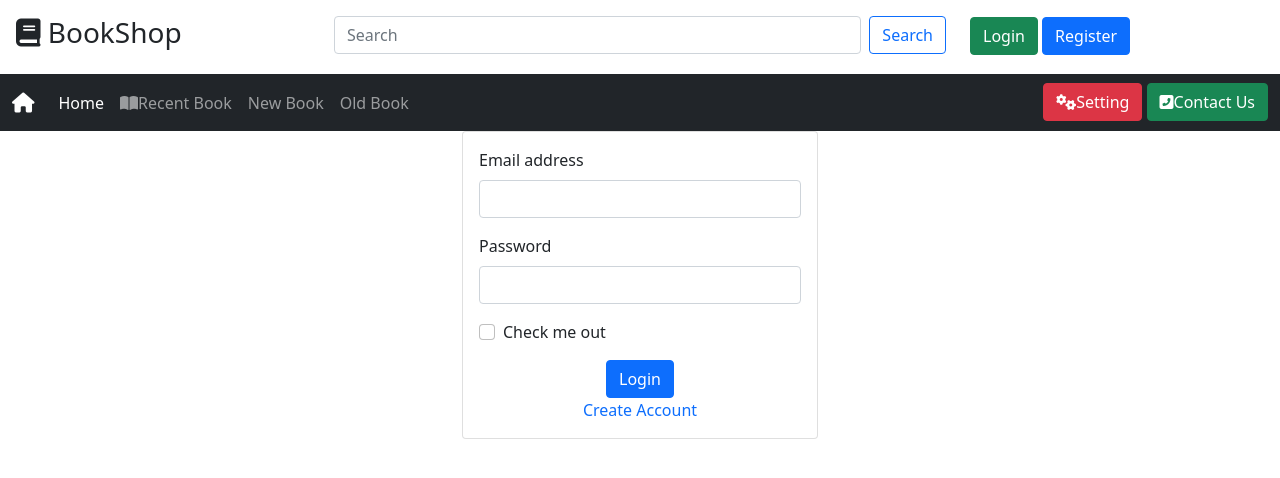
Repository: Abhishekverma23797/BookShopApp
Page: http://localhost/Ebook-App/Login.jsp
These files come from the project's save history. The page is drawn as it stood at one moment and after the next save; the edit follows.
The browser window is 1280 px wide. The pictures show the whole page.
The page is served by Tomcat 9. Other server files are loaded and not shown.

Above is the page before, as saved 2021-12-07 12:23:16.

### Ebook-App/src/main/webapp/Login.jsp
<%@ page language="java" contentType="text/html; charset=ISO-8859-1"
	pageEncoding="ISO-8859-1"%>
<!DOCTYPE html>
<html>
<head>
<meta charset="ISO-8859-1">
<title>BookShop: Login</title>
<style type="text/css">
a:link {
  text-decoration: none;
  margin-top:1px;
}

</style>
<%@include file="All_Component/AllCss.jsp"%>
</head>
<body>
	<%@include file="All_Component/navbar.jsp"%>

	<div class="container">
		<div class="row">
			<div class="col-md-4 offset-md-4">

				<div class="card">

					<div class="card-body">
						<form>
							<div class="mb-3">
								<label for="exampleInputEmail1" class="form-label">Email
									address</label> <input type="email" class="form-control"
									id="exampleInputEmail1" aria-describedby="emailHelp">

							</div>
							<div class="mb-3">
								<label for="exampleInputPassword1" class="form-label">Password</label>
								<input type="password" class="form-control"
									id="exampleInputPassword1">
							</div>
							<div class="mb-3 form-check">
								<input type="checkbox" class="form-check-input"
									id="exampleCheck1"> <label class="form-check-label"
									for="exampleCheck1">Check me out</label>
							</div>
							 <div class="text-center">
							<button type="submit" class="btn btn-primary">Login</button> <br>
							<a href="Register.jsp" text-decoration="none";>Create Account</a>
							</div>
						</form>

					</div>

				</div>
			</div>
		</div>
	</div>
</body>
</html>

### Ebook-App/src/main/webapp/All_Component/AllCss.jsp
<!-- CSS only -->
<link
	href="https://cdn.jsdelivr.net/npm/bootstrap@5.1.3/dist/css/bootstrap.min.css"
	rel="stylesheet"
	integrity="sha384-1BmE4kWBq78iYhFldvKuhfTAU6auU8tT94WrHftjDbrCEXSU1oBoqyl2QvZ6jIW3"
	crossorigin="anonymous">


<!-- JavaScript Bundle with Popper -->
<script
	src="https://cdn.jsdelivr.net/npm/bootstrap@5.1.3/dist/js/bootstrap.bundle.min.js"
	integrity="sha384-ka7Sk0Gln4gmtz2MlQnikT1wXgYsOg+OMhuP+IlRH9sENBO0LRn5q+8nbTov4+1p"
	crossorigin="anonymous"></script>


<link rel="stylesheet"
	href="https://cdnjs.cloudflare.com/ajax/libs/font-awesome/6.0.0-beta3/css/all.min.css"
	integrity="sha512-Fo3rlrZj/k7ujTnHg4CGR2D7kSs0v4LLanw2qksYuRlEzO+tcaEPQogQ0KaoGN26/zrn20ImR1DfuLWnOo7aBA=="
	crossorigin="anonymous" referrerpolicy="no-referrer" />

<link rel="stylesheet" href="All_Component/style.css">

### Ebook-App/src/main/webapp/All_Component/navbar.jsp

<div class="container-fluid p-3">


	<div class="row">

		<div class="col-md-3">

			<h3>

				<i class="fas fa-book"></i> BookShop
			</h3>
		</div>

		<div class="col-md-6">
			<form class="d-flex">
				<input class="form-control me-2 my-lg-0" type="search"
					placeholder="Search" aria-label="Search">
				<button class="btn btn-outline-primary" type="submit">Search</button>
			</form>
		</div>

		<div class="col-md-3">

			<a href="Login.jsp" class="btn btn-success">Login</a> <a
				href="Register.jsp" class="btn btn-primary">Register</a>

		</div>

	</div>

</div>
<nav class="navbar navbar-expand-lg navbar-dark bg-dark bg-custom">
	<div class="container-fluid">
		<a class="navbar-brand" href="#"><i class="fas fa-home"></i></a>
		<button class="navbar-toggler" type="button" data-bs-toggle="collapse"
			data-bs-target="#navbarSupportedContent"
			aria-controls="navbarSupportedContent" aria-expanded="false"
			aria-label="Toggle navigation">
			<span class="navbar-toggler-icon"></span>
		</button>
		<div class="collapse navbar-collapse" id="navbarSupportedContent">
			<ul class="navbar-nav me-auto mb-2 mb-lg-0">
				<li class="nav-item"><a class="nav-link active"
					aria-current="page" href="#"> Home</a></li>

				<li class="nav-item"><a class="nav-link" href="#"><i
						class="fas fa-book-open"></i>Recent Book</a></li>

				<li class="nav-item"><a class="nav-link" href="#">New Book</a></li>

				<li class="nav-item"><a class="nav-link" href="#">Old Book</a>
				</li>
			</ul>
			<form class="from-inline my-2 my-lg-0">
				<button class="btn btn-danger my-2 my-sm-0 ml-1" type="submit">
					<i class="fas fa-cogs"></i>Setting
				</button>
				<button class="btn btn-success" type="submit">
					<i class="fas fa-phone-square-alt"></i>Contact Us
				</button>
			</form>
		</div>
	</div>
</nav>

### Ebook-App/src/main/webapp/All_Component/style.css

.bg-custom{

	background-color: #303f9f;
}

.navbar .nav-item:hover  {

	background-color: black;
	color: blue;
	border-radius: 20px

}

After the next save:
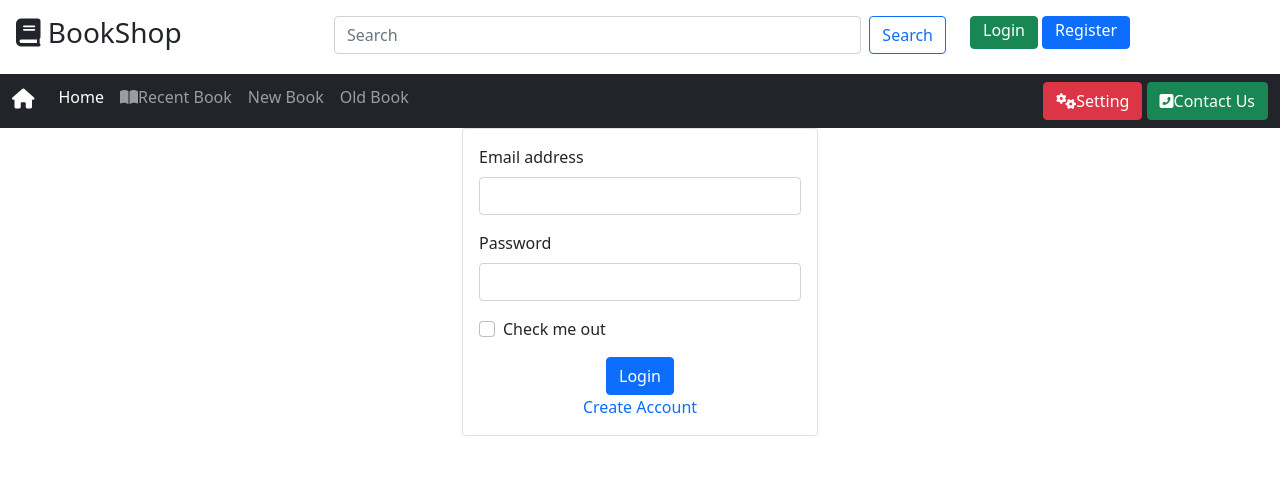
Saved 15 s later.
--- a/Ebook-App/src/main/webapp/Login.jsp
+++ b/Ebook-App/src/main/webapp/Login.jsp
@@ -8,7 +8,7 @@
 <style type="text/css">
 a:link {
   text-decoration: none;
-  margin-top:1px;
+  padding-top:1px;
 }
 
 </style>
